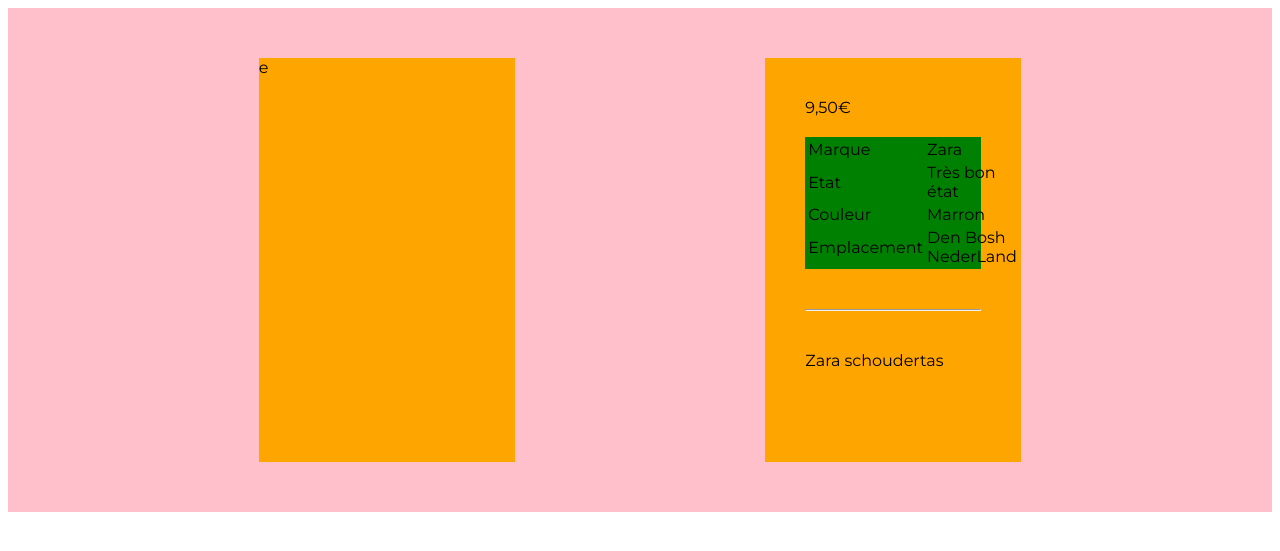
Repository: mel-in-a/vinted-front-clone
Page: html/offer.html
These files come from the project's save history. The page is drawn as it stood at one moment and after a run of saves; the edit follows.
The browser window is 1280 px wide. The pictures show the whole page.

Above is the page before, as saved 2021-07-29 16:36:08.

After the next 4 saves:
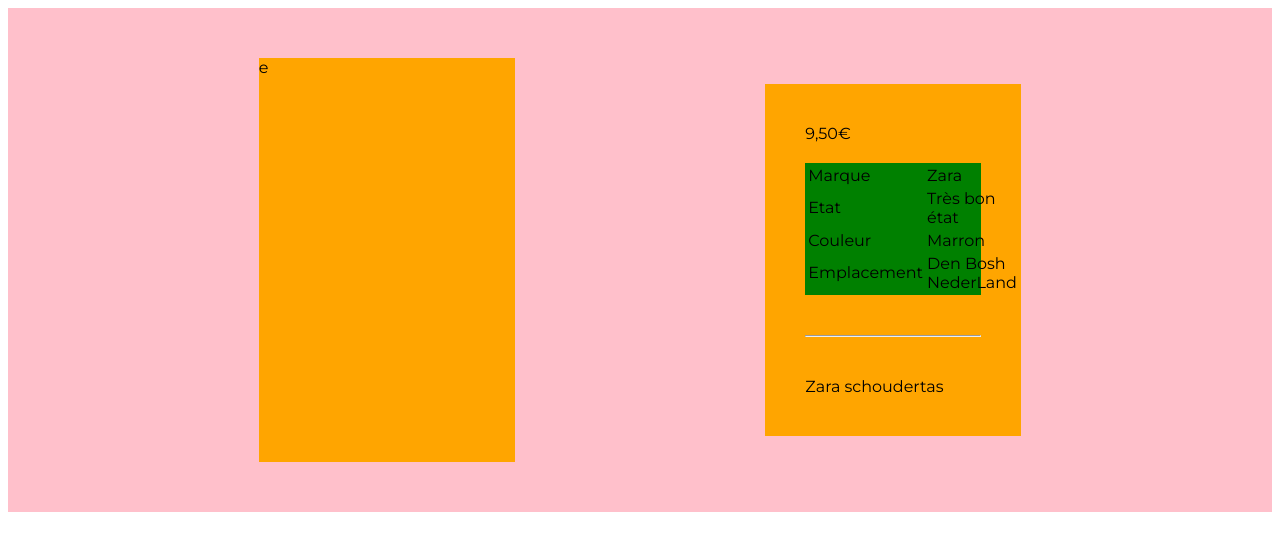
The 4 saves are shown as one change because they came seconds apart.
The last was saved 12 s later.
--- a/html/offer.css
+++ b/html/offer.css
@@ -14,10 +14,13 @@
 .offer .right {
   width: 20vw;
   background-color: orange;
-  height: 80%;
+
 }
-.offer
+.offer .left {
+    height: 80%;
+}
 .right {
+    height: 70%;
   padding: 40px;
   box-sizing: border-box;
 }
